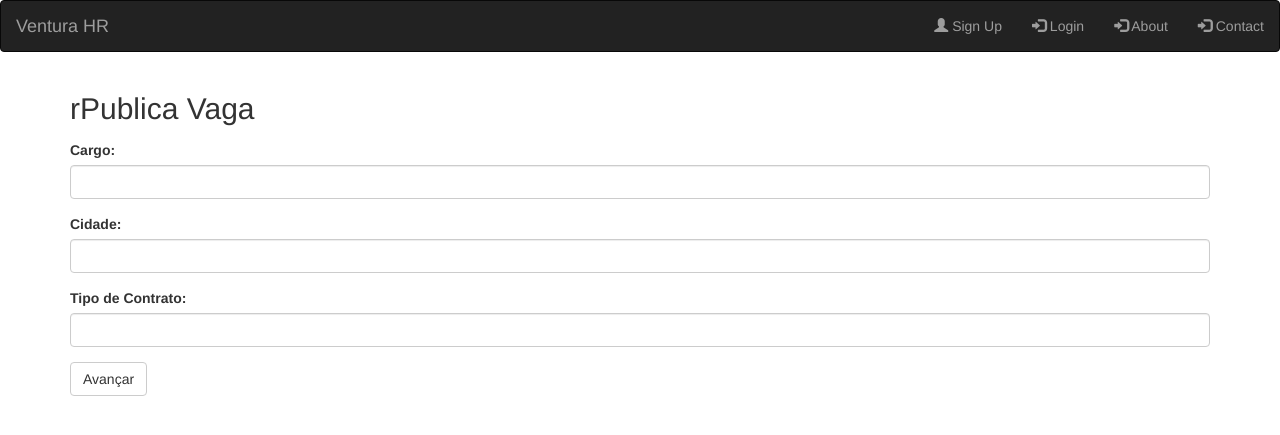
Repository: nmparfait/HumanResources-Ventura
Page: http://localhost/venturaWeb/WEB-INF/jsp/empresa/postarVaga.jsp
The author's editor kept a copy of each file at every save. The page is drawn from the files as they stood at one save, then again after the next save.
The browser window is 1280 px wide. The pictures show the whole page.
The page is served by Tomcat 9. Nobody is signed in. The template is opened directly, without the code that normally fills it, so the values that code supplies are empty.

Above is the page before, as saved 2021-09-27 09:10:06.

After the next save:
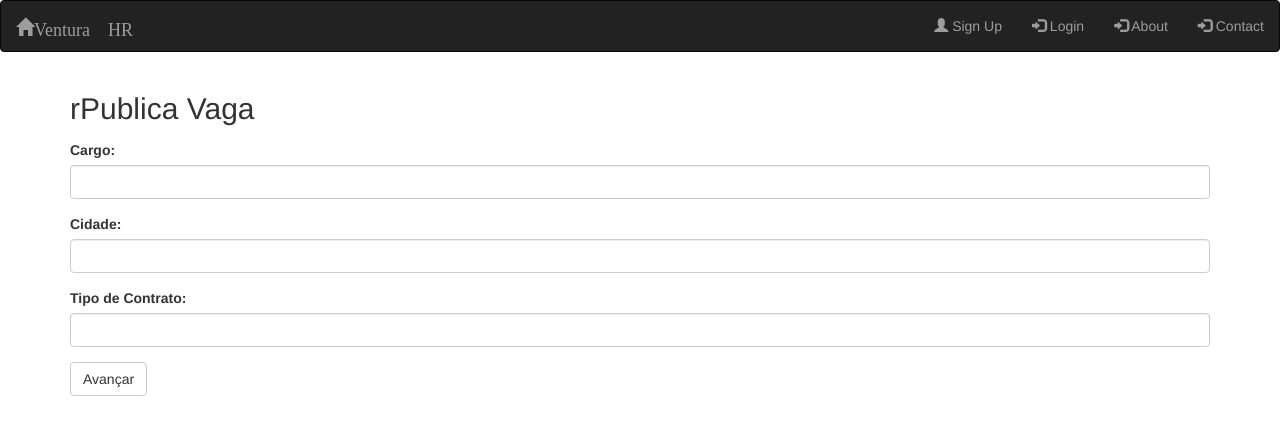
Saved 2 min 4 s later.
--- a/venturaWeb/src/main/webapp/WEB-INF/jsp/app/menu.jsp
+++ b/venturaWeb/src/main/webapp/WEB-INF/jsp/app/menu.jsp
@@ -2,7 +2,7 @@
 <nav class="navbar navbar-inverse">
     <div class="container-fluid">
         <div class="navbar-header">
-            <a class="navbar-brand" href="#">Ventura HR</a>
+            <a class="navbar-brand glyphicon glyphicon-home" href="#">Ventura HR</a>
         </div>
         <ul class="nav navbar-nav navbar-right">
             <c:if test="${empty usuario}">
